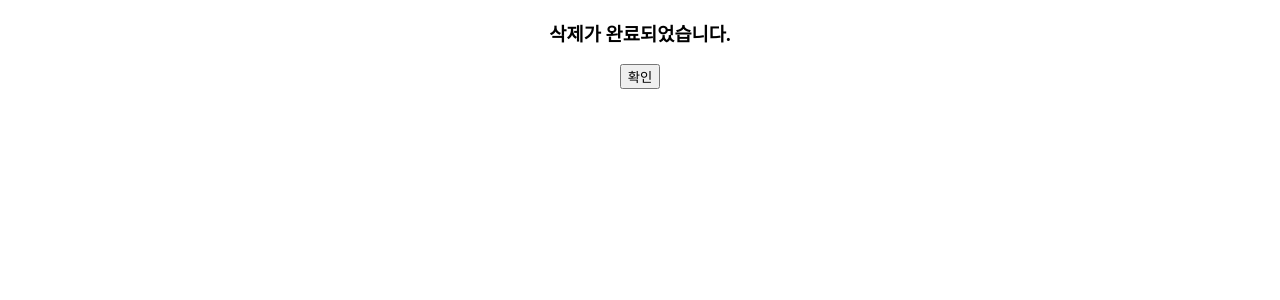
Repository: heebedev/TheJoeun_JSP
Page: http://localhost/TeamProject_05/prdDelConfirm.jsp
The author's editor kept a copy of each file at every save. The page is drawn from the files as they stood at one save, then again after the next save.
The browser window is 1280 px wide. The pictures show the whole page.
The page is served by Tomcat 9. Other server files are loaded and not shown.

Above is the page before, as saved 2020-06-19 07:57:50.

### TeamProject_05/WebContent/prdDelConfirm.jsp
<%@ page language="java" contentType="text/html; charset=UTF-8"
    pageEncoding="UTF-8"%>
<!DOCTYPE html>
<html>
<head>
<meta charset="UTF-8">
<title>게시물 삭제</title>
</head>
<body align="center">
	<h3>삭제가 완료되었습니다.</h3>
	<button onclick="location.href='message.bill'">확인</button>
</body>
</html>

After the next save:
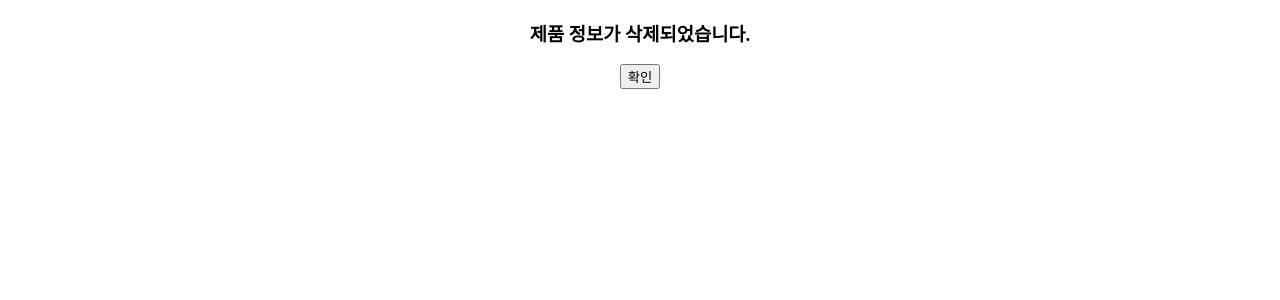
Saved 71 s later.
--- a/TeamProject_05/WebContent/prdDelConfirm.jsp
+++ b/TeamProject_05/WebContent/prdDelConfirm.jsp
@@ -4,10 +4,16 @@
 <html>
 <head>
 <meta charset="UTF-8">
+	<script>
+		function clickFunc() {
+			window.opener.location.reload();
+			window.close();
+		}
+	</script>
 <title>게시물 삭제</title>
 </head>
 <body align="center">
-	<h3>삭제가 완료되었습니다.</h3>
-	<button onclick="location.href='message.bill'">확인</button>
+	<h3>제품 정보가 삭제되었습니다.</h3>
+	<button onclick="clickFunc();">확인</button>
 </body>
 </html>
